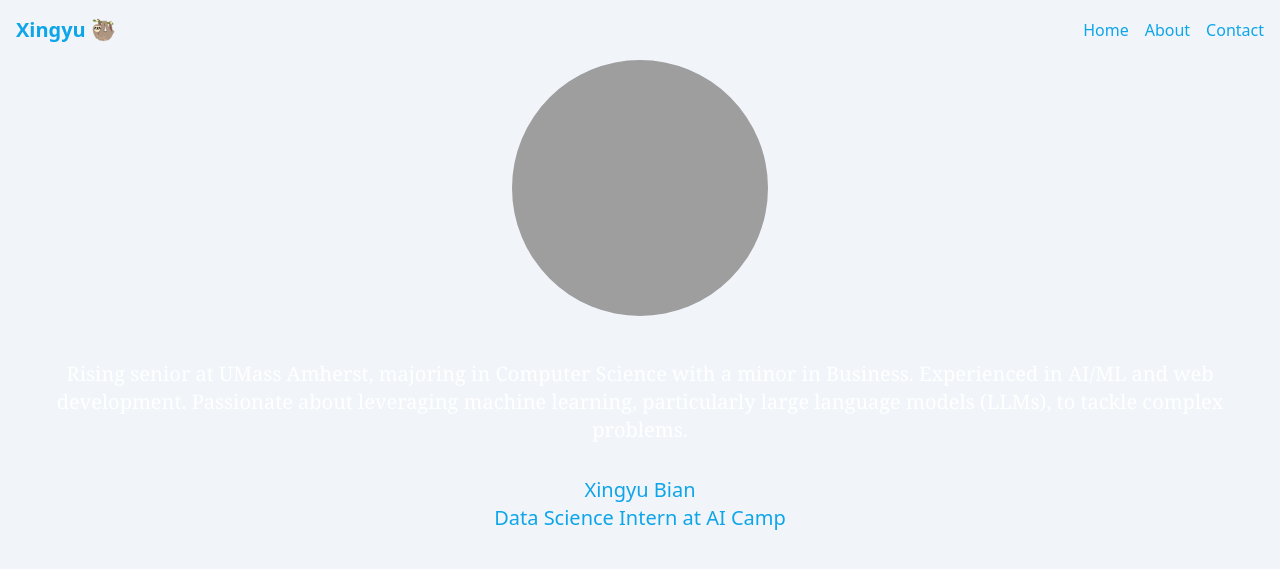
Repository: therealcyberlord/personal-portfolio
Page: /
These files come from the project's save history. The page is drawn as it stood at one moment and after the next save; the edit follows.
The browser window is 1280 px wide. The pictures show the whole page.
Pictures or frames that could not be fetched are drawn as grey boxes. The project was rebuilt for these pictures with package versions that can differ from the ones it lists, and the page was loaded fresh each time. Also part of the build but not shown: vite.config.ts, src/pages/About.tsx, src/pages/Contact.tsx.

Above is the page before, as saved 2023-07-23 13:11:11.

After the next save:
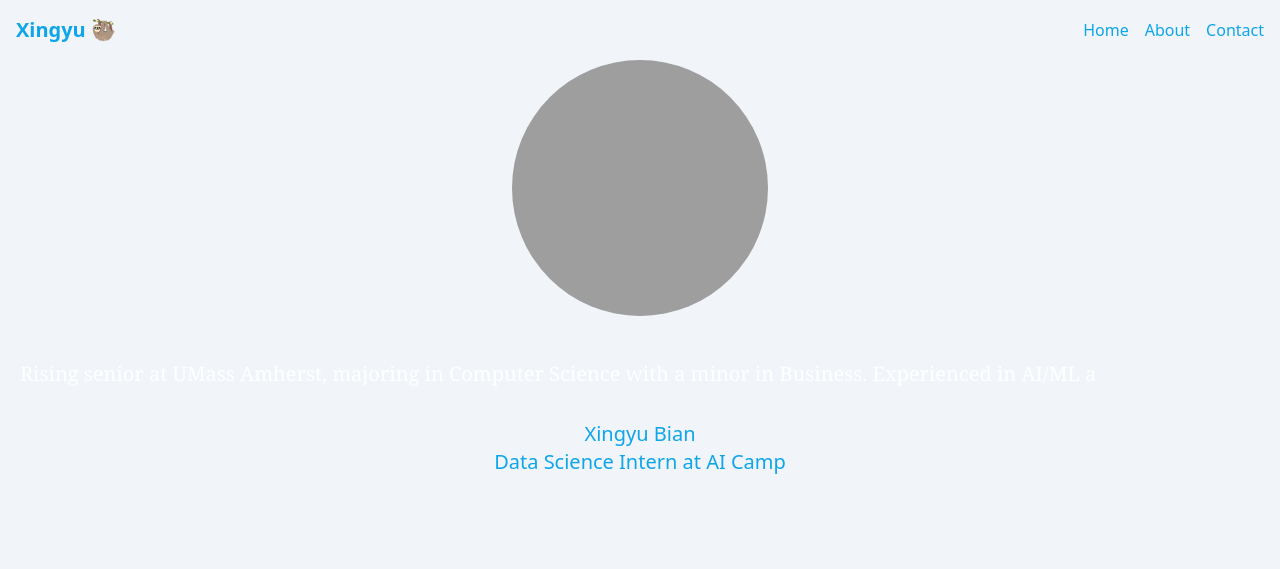
Saved 15 s later.
--- a/src/components/Profile.tsx
+++ b/src/components/Profile.tsx
@@ -42,7 +42,7 @@ const Profile: React.FC<ProfileProps> = ({
         <div className="pt-6 text-center space-y-4">
           <blockquote>
             <p className="p-5 text-lg text-white text-xl font-serif">
-              {description}
+              {typedText}
             </p>
           </blockquote>
         </div>
